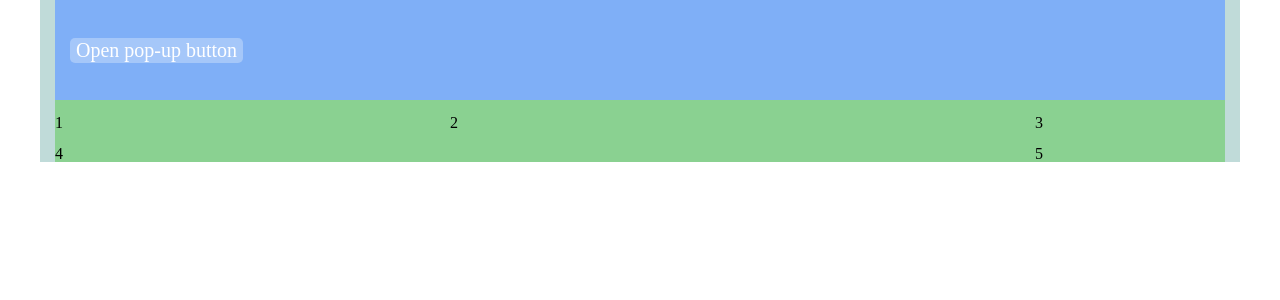
Repository: Evgenius190999999/nodasoft
Page: index.html
These files come from the project's save history. The page is drawn as it stood at one moment and after the next save; the edit follows.
The browser window is 1280 px wide. The pictures show the whole page.
Some web libraries are served in a nearby version. The style sheet was rebuilt from its Sass, Less or Tailwind sources for each picture, by a compiler version that may differ from the author's.

Above is the page before, as saved 2022-07-08 14:46:45.

After the next save:
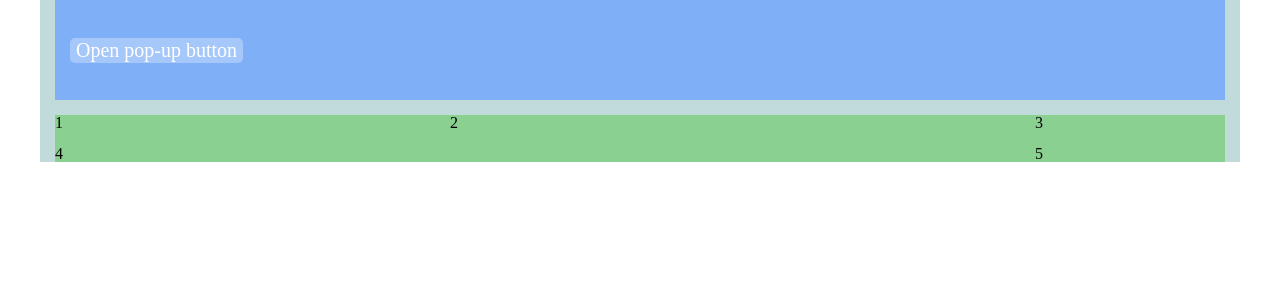
Saved 12 s later.
--- a/style/sass/style.sass
+++ b/style/sass/style.sass
@@ -34,7 +34,7 @@
     grid-column-gap: 15px
     grid-row-gap: 15px
     background: #8AD191
-    padding-top: 15px
+    margin-top: 15px
 
 .div1
     grid-area: 1 / 1 / 2 / 2
